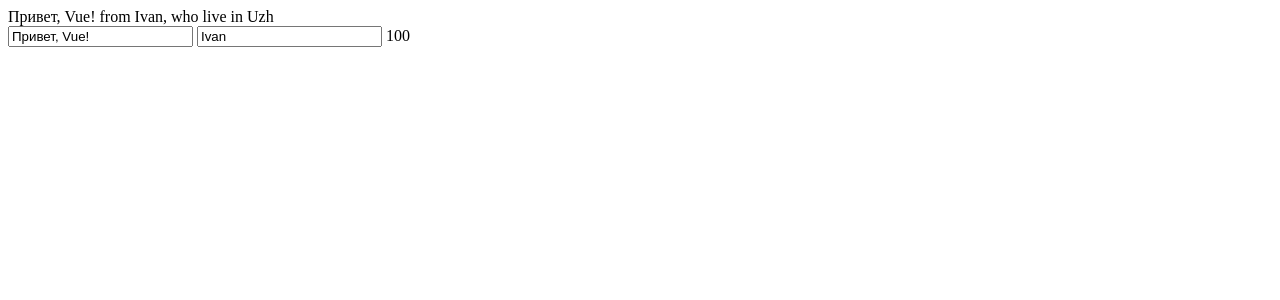
Repository: UkrAndy/Vue__4
Page: 1.Intro/index.html
The author's editor kept a copy of each file at every save. The page is drawn from the files as they stood at one save, then again after the next save.
The browser window is 1280 px wide. The pictures show the whole page.

Above is the page before, as saved 2021-05-24 17:06:48.

After the next save:
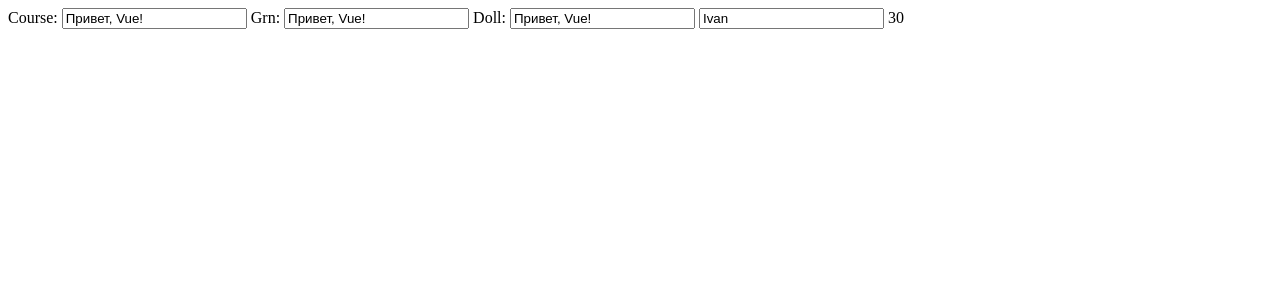
Saved 2 min 41 s later.
--- a/1.Intro/index.html
+++ b/1.Intro/index.html
@@ -10,15 +10,25 @@
 
   <body>
     <div id="app">
-      {{ message }} from {{myName}}, who live in {{city}}
-      <br />
-      <input type="text" :value="message" />
+      <label>
+        Course:
+        <input type="text" :value="message" />
+      </label>
+      <label>
+        Grn:
+        <input type="text" :value="message" />
+      </label>
+      <label>
+        Doll:
+        <input type="text" :value="message" />
+      </label>
+
       <input type="text" v-model="myName" />
       {{age}}
     </div>
 
     <script>
-      let r = 90
+      let r = 20
       var app = new Vue({
         el: '#app',
         data: {
